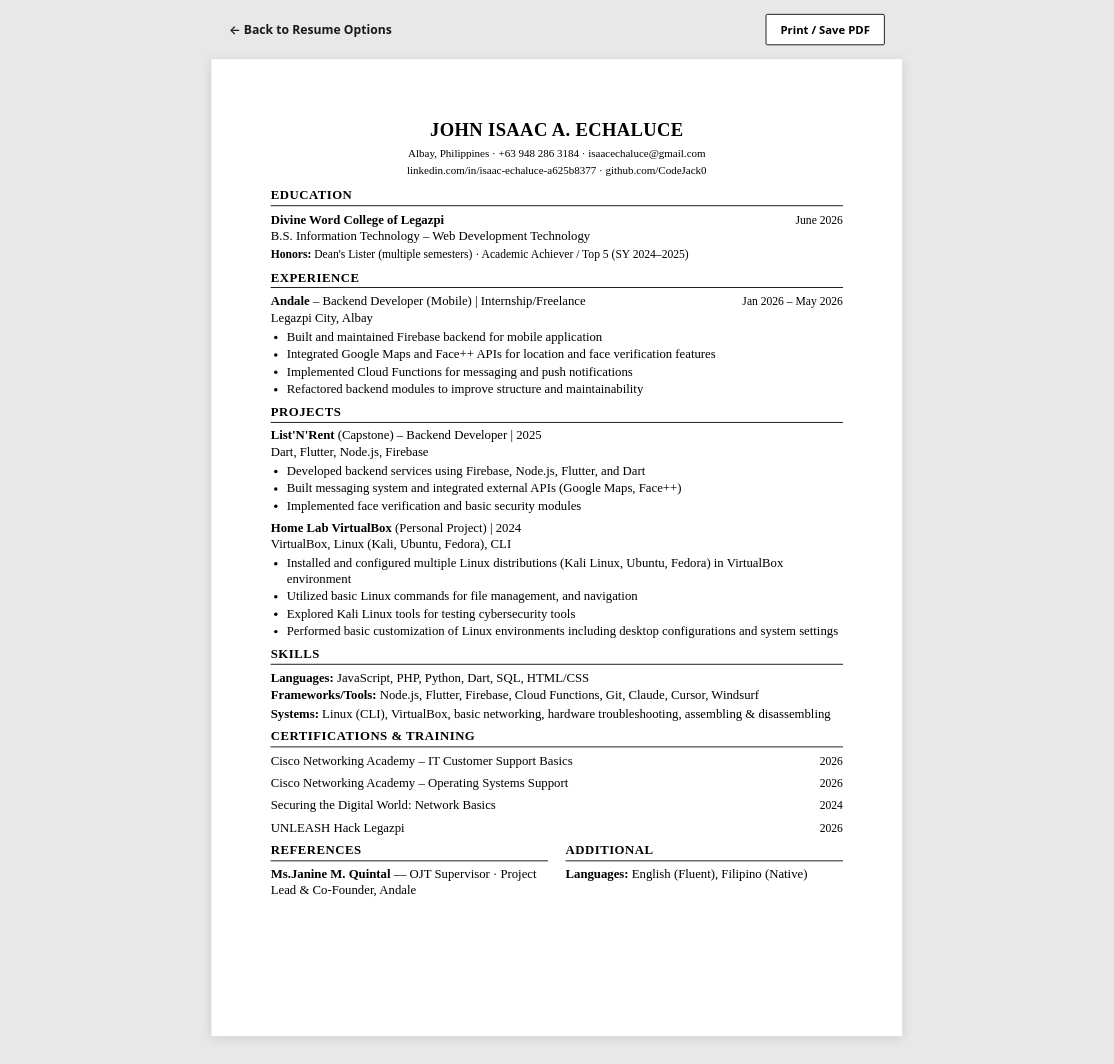
Repository: CodeJack0/Professional_Portfolio
Page: pages/resume.html
These files come from the project's save history. The page is drawn as it stood at one moment and after the next save; the edit follows.
The browser window is 1280 px wide. The pictures show the whole page, at 87% of full size.

Above is the page before, as saved 2026-05-30 14:00:25.

After the next save:
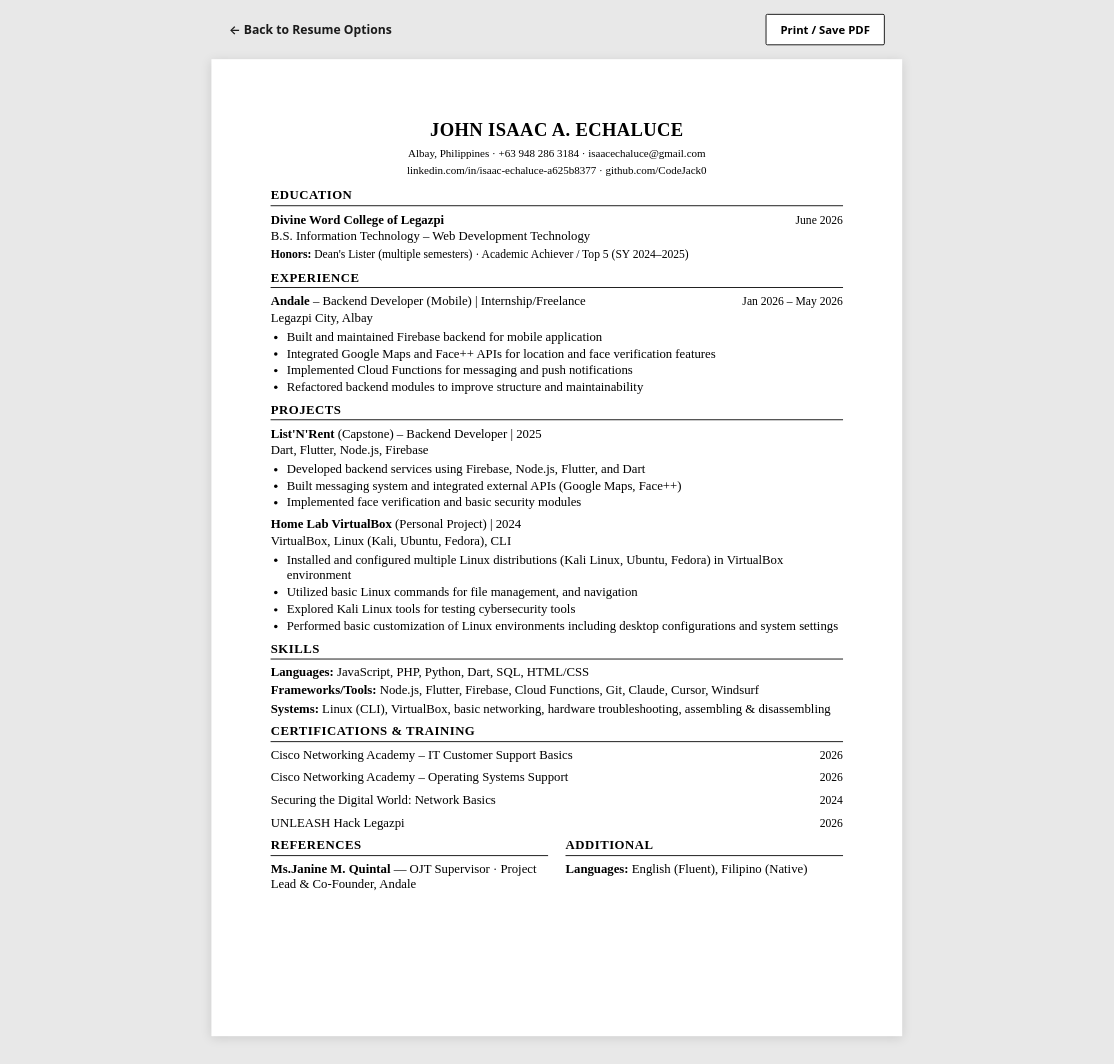
Saved 12 s later.
--- a/css/resume.css
+++ b/css/resume.css
@@ -221,7 +221,7 @@ body.resume-page {
 }
 
 .resume-list li {
-  margin-bottom: 0.1rem;
+  margin-bottom: 0.05rem;
 }
 
 .resume-list--plain {
